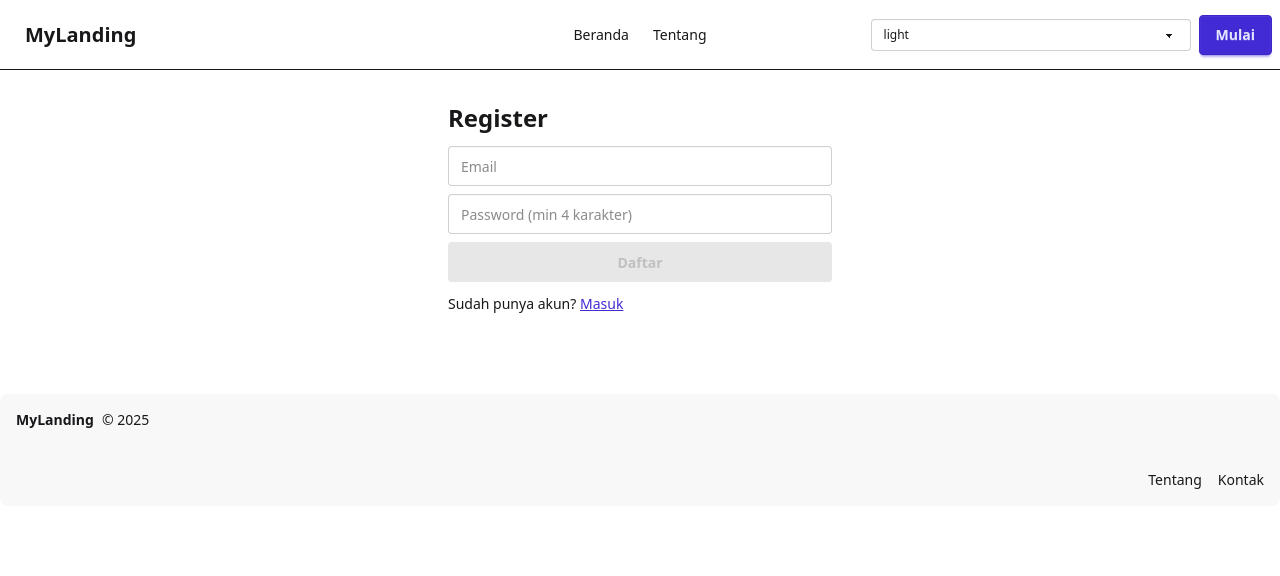
Repository: khulqu15/reactjs-learn
Page: /register (app in day3/)
The author's editor kept a copy of each file at every save. The page is drawn from the files as they stood at one save, then again after the next save.
The browser window is 1280 px wide. The pictures show the whole page.
The project was rebuilt for these pictures with package versions that can differ from the ones it lists, and the page was loaded fresh each time. Also part of the build but not shown: day3/vite.config.js, day3/src/components/Hero.jsx, day3/src/pages/Home.jsx, day3/src/pages/About.jsx, day3/src/routes/ProtectedRoute.jsx, day3/src/pages/Login.jsx, day3/src/pages/Weather.jsx.

Above is the page before, as saved 2025-09-25 00:22:33.

After the next save:
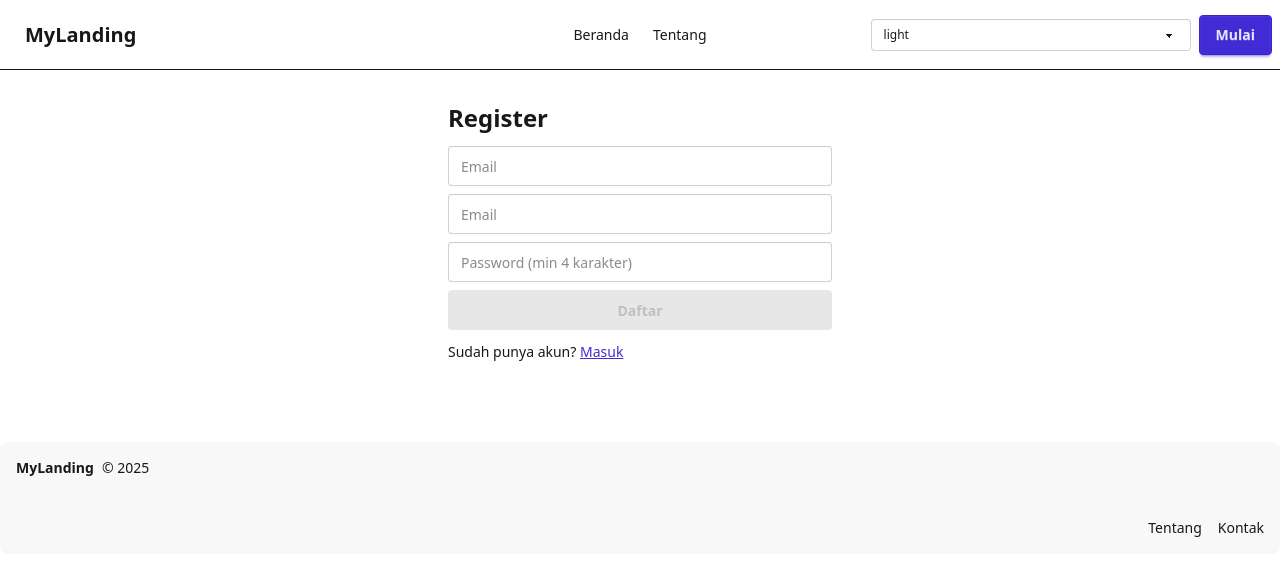
Saved 6 s later.
--- a/day3/src/pages/Register.jsx
+++ b/day3/src/pages/Register.jsx
@@ -53,6 +53,14 @@ export default function Register() {
         />
         <input
           className="input input-bordered w-full"
+          placeholder="Email"
+          value={email}
+          onChange={(e)=>setEmail(e.target.value)}
+          type="email"
+          required
+        />
+        <input
+          className="input input-bordered w-full"
           placeholder="Password (min 4 karakter)"
           value={password}
           onChange={(e)=>setPassword(e.target.value)}
